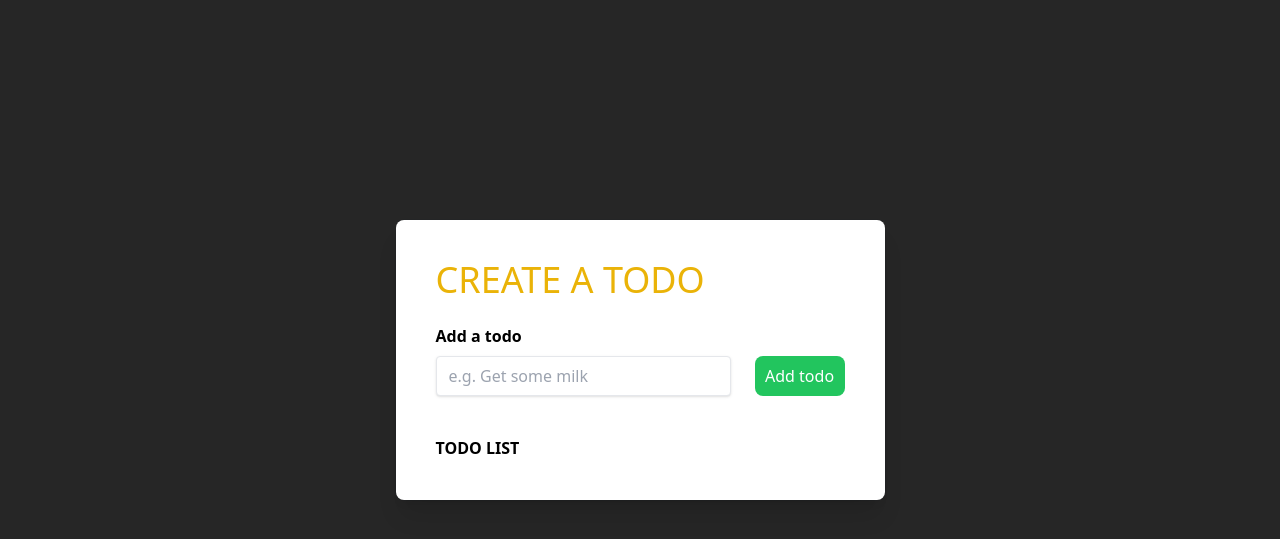
Repository: Kajo-lab/vue-todo
Page: /
The author's editor kept a copy of each file at every save. The page is drawn from the files as they stood at one save, then again after the next save.
The browser window is 1280 px wide. The pictures show the whole page.
The project was rebuilt for these pictures with package versions that can differ from the ones it lists, and the page was loaded fresh each time. Also part of the build but not shown: vite.config.js, webpack.config.js.

Above is the page before, as saved 2022-07-07 17:27:17.

After the next save:
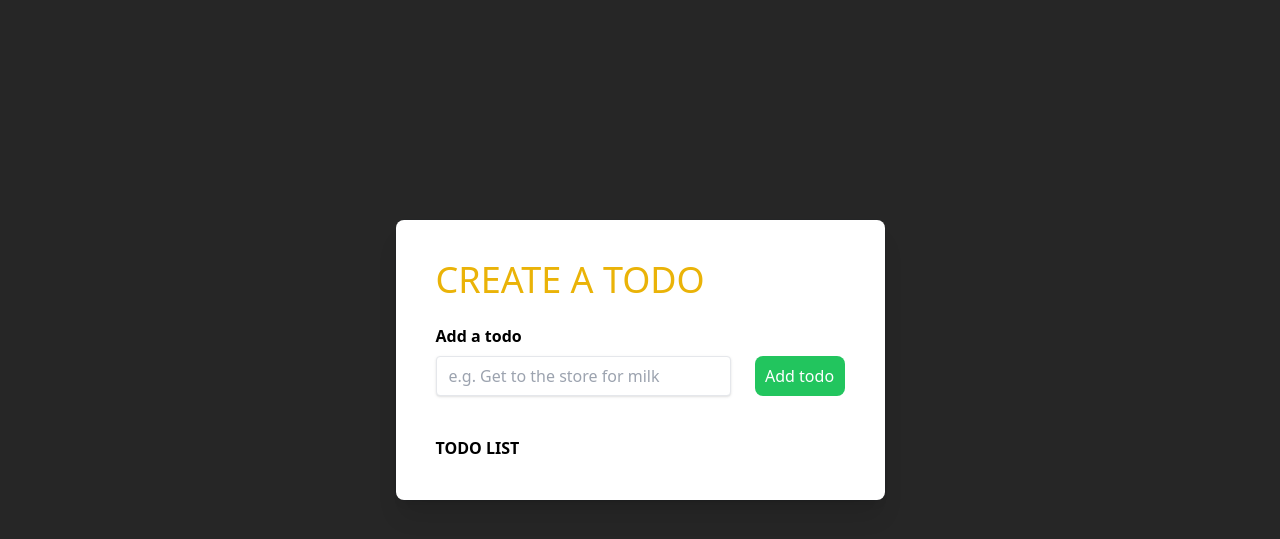
Saved 77 s later.
--- a/src/App.vue
+++ b/src/App.vue
@@ -58,7 +58,7 @@ onMounted(() => {
 						type="text"
 						name="content"
 						id="content"
-						placeholder="e.g. Get some milk"
+						placeholder="e.g. Get to the store for milk"
 						v-model="input_content" />
 
 					<input type="submit" value="Add todo" class="h-10 w-32 text-white rounded-lg bg-green-500 hover:bg-green-600"/>
